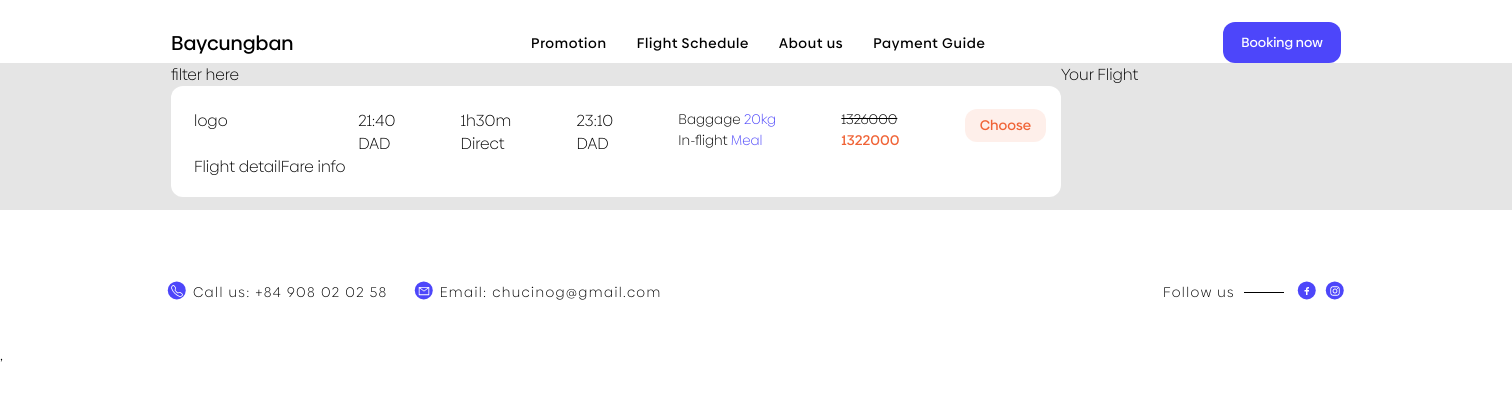
Repository: pinocoding/my-flying
Page: /list (app in my-flying/)
The author's editor kept a copy of each file at every save. The page is drawn from the files as they stood at one save, then again after a run of saves.
The browser window is 1280 px wide. The page is 1512 px wide, so the pictures cover 1512 px, including what lies to the right of the window. The pictures show the whole page.
The project was rebuilt for these pictures with package versions that can differ from the ones it lists, and the page was loaded fresh each time. Also part of the build but not shown: my-flying/src/components/InDecreaBtn/InDecreaBtn.js, my-flying/src/components/TravelBooking/TravelBooking.css, my-flying/src/components/TravelBooking/TravelBooking.js, my-flying/src/components/home/Home.css, my-flying/src/components/home/Home.js. Imported but missing from the stored project, and not drawn on this page: my-flying/src/reportWebVitals.

Above is the page before, as saved 2022-09-09 17:14:28.

After the next 2 saves:
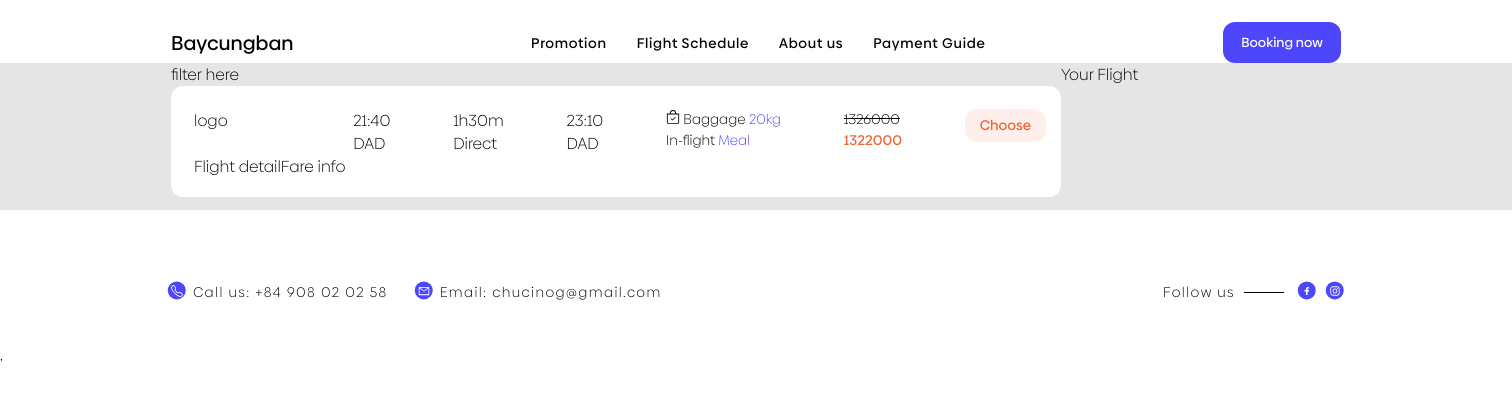
The 2 saves are shown as one change because they came seconds apart.
The last was saved 12 s later.
--- a/my-flying/src/components/FlightsInfor/FlightInfor.js
+++ b/my-flying/src/components/FlightsInfor/FlightInfor.js
@@ -28,7 +28,7 @@ function FlightInfor() {
 
         <li className="flight-meal">
           <p>
-            Baggage <span style={blueText}>20kg</span>
+            <BsBagCheck /> Baggage <span style={blueText}>20kg</span>
           </p>
           <p>
             In-flight <span style={blueText}>Meal</span>
